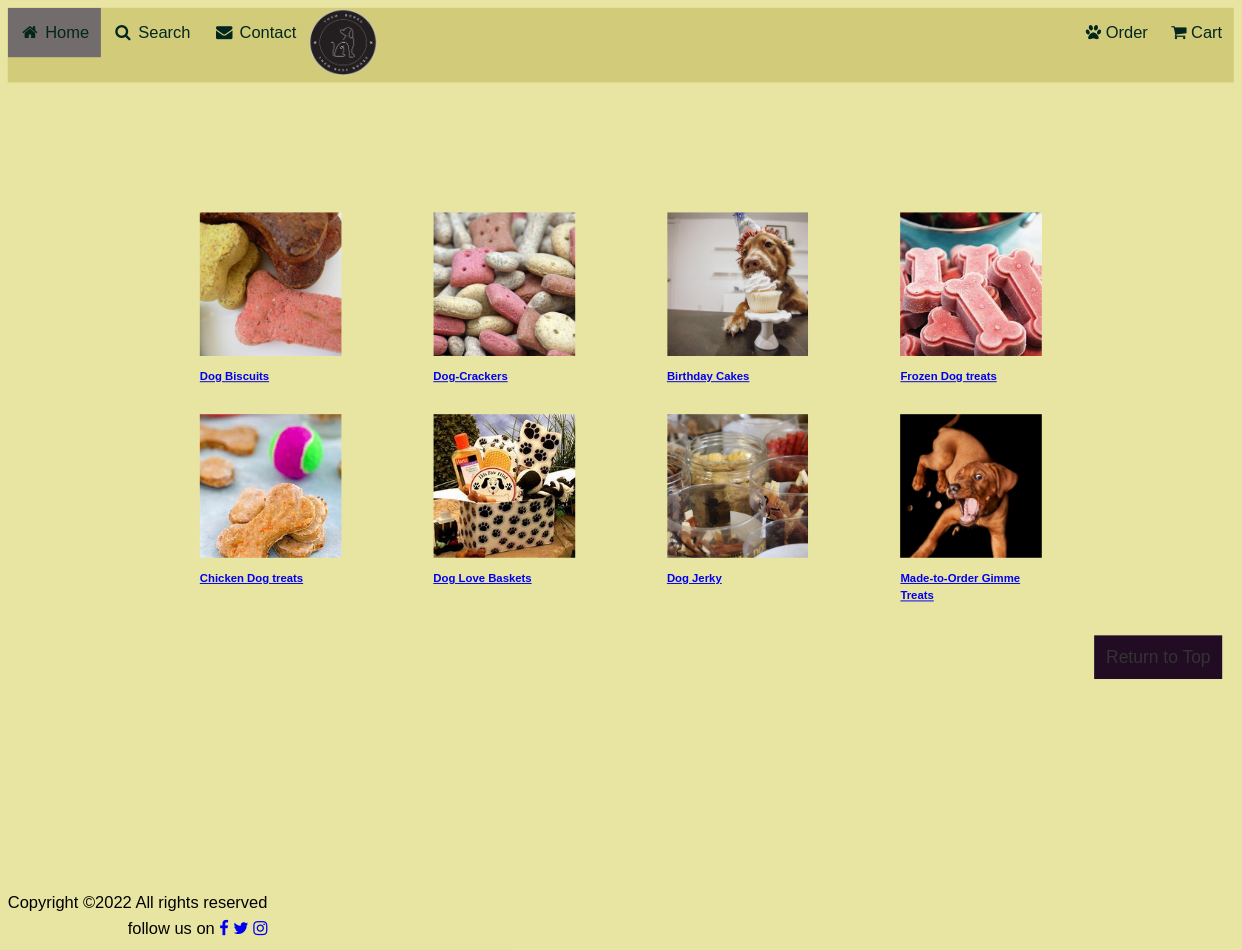
Repository: vgoins-RA2022/HTML-1
Page: index.html
These files come from the project's save history. The page is drawn as it stood at one moment and after the next save; the edit follows.
The browser window is 1280 px wide. The pictures show the whole page, at 97% of full size.

Above is the page before, as saved 2023-01-21 20:25:21.

After the next save:
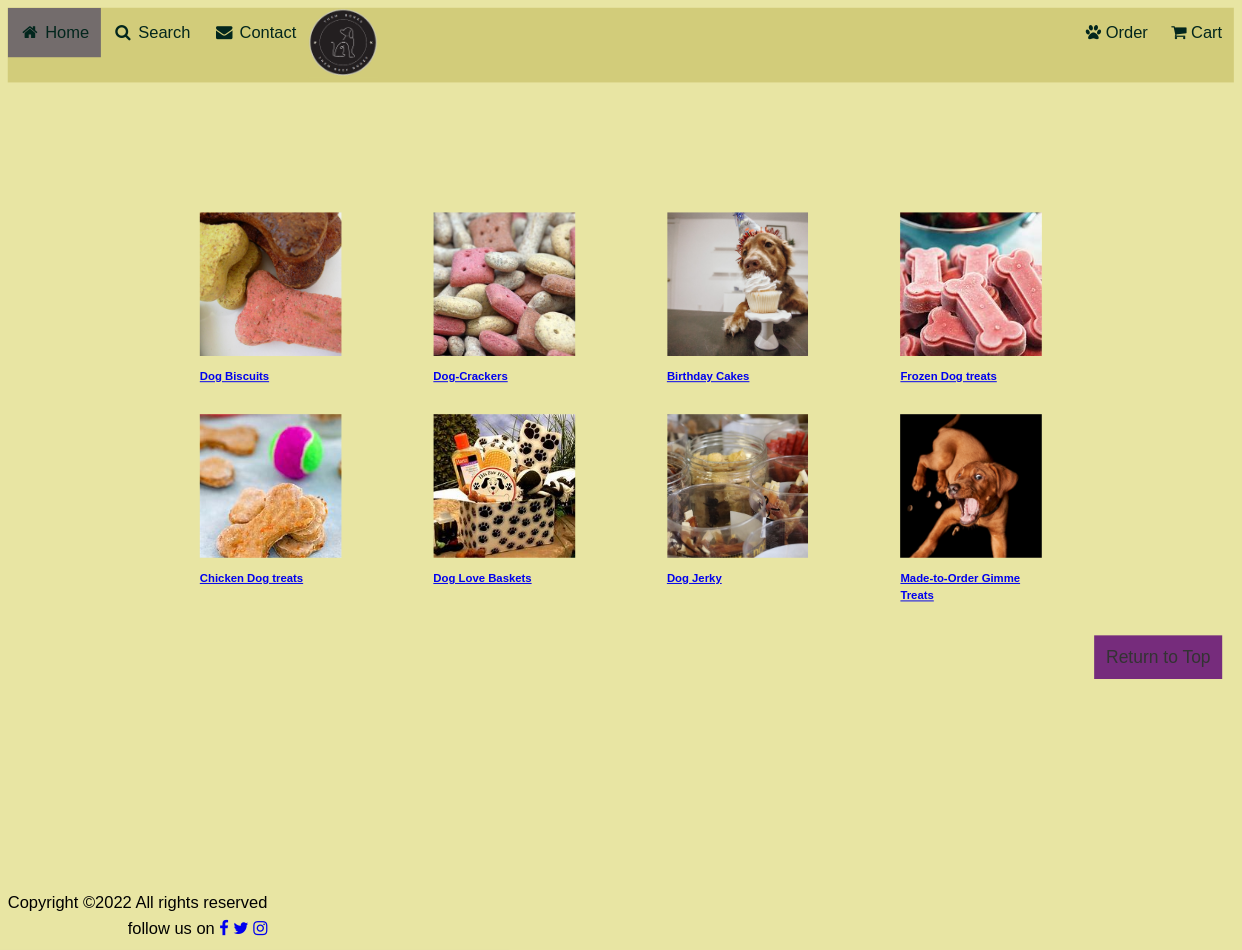
Saved 2 min 10 s later.
--- a/src/css/Style.css
+++ b/src/css/Style.css
@@ -143,7 +143,7 @@ body {
   position: fixed;
   bottom: 20px;
   right: 20px;
-  background-color: #210c23;
+  background-color: #762c7c;
   color: #333;
   font-size: 18px;
   padding: 12px;
